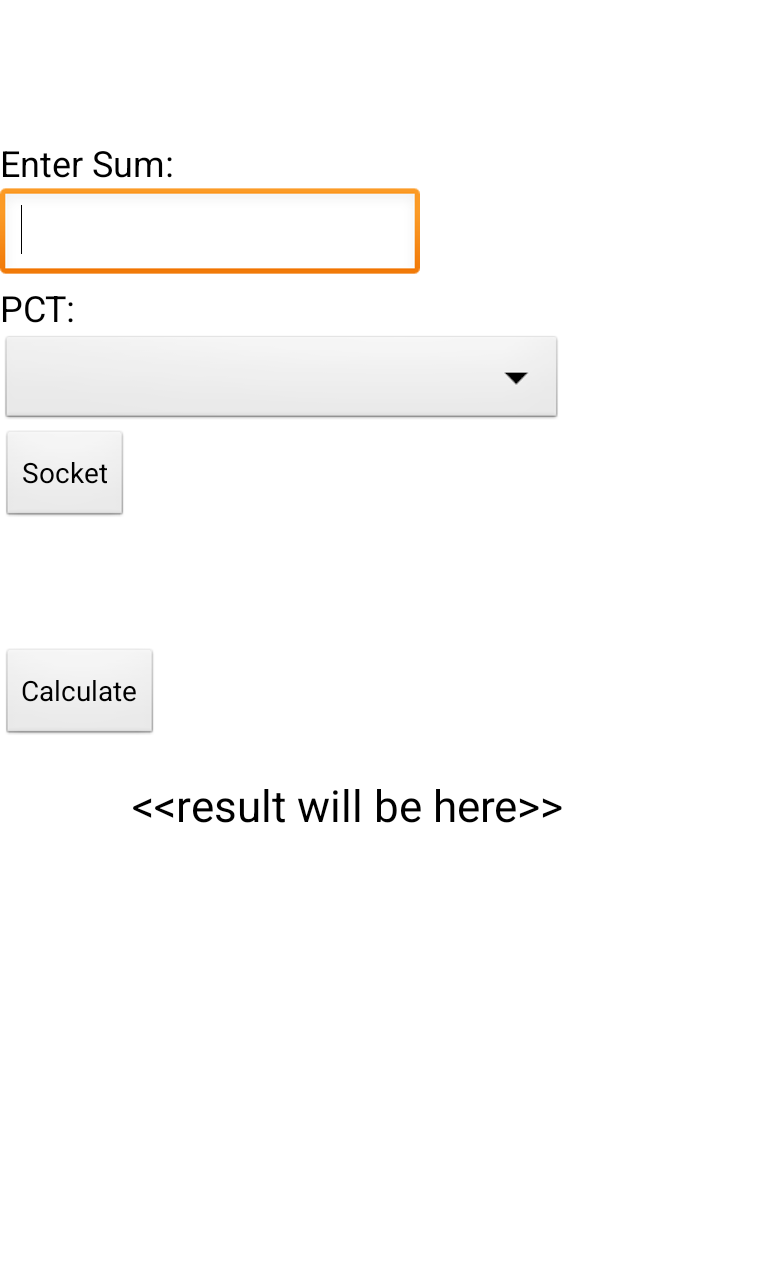
Repository: golan2/Android
Layout: Test2/izikTest/res/layout/activity_main.xml
The author's editor kept a copy of each file at every save. The layout is drawn from the files as they stood at one save, then again after the next save.
It is drawn on a 768 x 1280 px phone screen (xhdpi) without system bars, with theme AppTheme; the app's code is not run.

Above is the layout before, as saved 2015-03-11 19:49:49.

### Test2/izikTest/res/layout/activity_main.xml
<RelativeLayout xmlns:android="http://schemas.android.com/apk/res/android"
    xmlns:tools="http://schemas.android.com/tools"
    android:layout_width="match_parent"
    android:layout_height="match_parent"
    tools:context="${relativePackage}.${activityClass}" >

    <LinearLayout
        android:id="@+id/linearLayout1"
        android:layout_width="wrap_content"
        android:layout_height="wrap_content"
        android:layout_marginTop="69dp"
        android:orientation="vertical" >

        <TextView
            android:id="@+id/TextView01"
            android:layout_width="wrap_content"
            android:layout_height="wrap_content"
            android:text="@string/enter_sum"
            android:textAppearance="?android:attr/textAppearanceMedium" />

        <EditText
            android:id="@+id/txtEnterSum"
            android:layout_width="wrap_content"
            android:layout_height="wrap_content"
            android:ems="10" >

            <requestFocus />
        </EditText>

        <TextView
            android:id="@+id/textView1"
            android:layout_width="wrap_content"
            android:layout_height="wrap_content"
            android:text="@string/select_pct"
            android:textAppearance="?android:attr/textAppearanceMedium" />

        <Spinner
            android:id="@+id/spinPCT"
            android:layout_width="match_parent"
            android:layout_height="wrap_content" />

        <Button
            android:id="@+id/btnSocket"
            android:layout_width="wrap_content"
            android:layout_height="wrap_content"
            android:text="Socket" />

        <Button
            android:id="@+id/btnCalculate"
            android:layout_width="wrap_content"
            android:layout_height="wrap_content"
            android:layout_marginTop="61dp"
            android:text="Calculate" />

        <TextView
            android:id="@+id/txtResult"
            android:layout_width="wrap_content"
            android:layout_height="wrap_content"
            android:layout_marginLeft="66dp"
            android:layout_marginTop="16dp"
            android:text="&lt;&lt;result will be here>>"
            android:textAppearance="?android:attr/textAppearanceLarge" />

    </LinearLayout>

</RelativeLayout>

### Test2/izikTest/res/values/styles.xml
<resources>

    <!--
        Base application theme, dependent on API level. This theme is replaced
        by AppBaseTheme from res/values-vXX/styles.xml on newer devices.
    -->
    <style name="AppBaseTheme" parent="android:Theme.Light">
        <!--
            Theme customizations available in newer API levels can go in
            res/values-vXX/styles.xml, while customizations related to
            backward-compatibility can go here.
        -->
    </style>

    <!-- Application theme. -->
    <style name="AppTheme" parent="AppBaseTheme">
        <!-- All customizations that are NOT specific to a particular API-level can go here. -->
    </style>

</resources>

### Test2/izikTest/res/values/strings.xml
<?xml version="1.0" encoding="utf-8"?>
<resources>

    <string name="app_name">izikTest</string>
    <string name="hello_world">Enter amount</string>
    <string name="title_activity_izik">IzikActivity</string>
    <string name="action_settings">Settings</string>
    <string name="title_activity_activity2">Activity2</string>
    <string name="title_activity_my">MyActivity</string>
    <string name="enter_sum">Enter Sum:</string>
    <string name="select_pct">PCT:</string>


</resources>

Loaded but not shown: Test2/izikTest/res/values-v11/styles.xml (common file); Test2/izikTest/res/values-v14/styles.xml (common file)

After the next save:
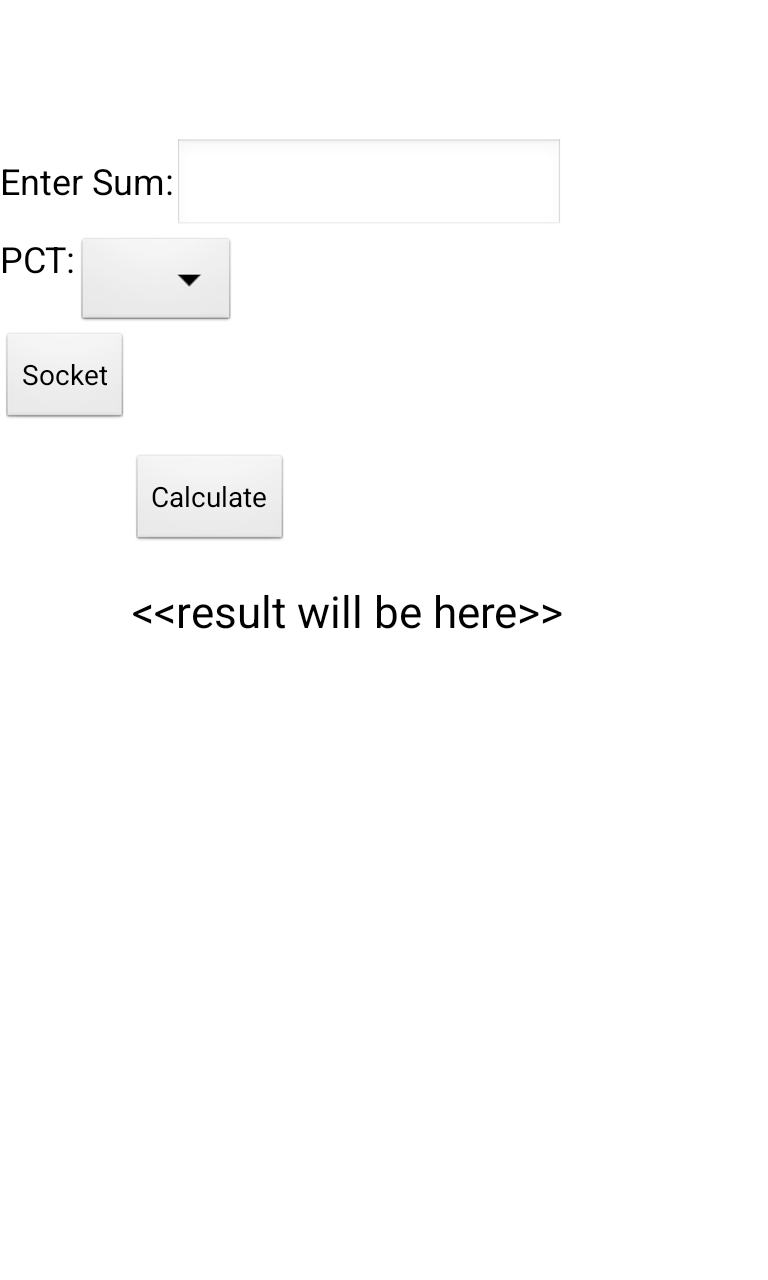
Saved 90 s later.
--- a/Test2/izikTest/res/layout/activity_main.xml
+++ b/Test2/izikTest/res/layout/activity_main.xml
@@ -11,46 +11,63 @@
         android:layout_marginTop="69dp"
         android:orientation="vertical" >
 
-        <TextView
-            android:id="@+id/TextView01"
+        <LinearLayout
+            android:layout_width="match_parent"
+            android:layout_height="wrap_content" >
+
+            <TextView
+                android:id="@+id/TextView01"
+                android:layout_width="wrap_content"
+                android:layout_height="wrap_content"
+                android:text="@string/enter_sum"
+                android:textAppearance="?android:attr/textAppearanceMedium" />
+
+            <EditText
+                android:id="@+id/txtEnterSum"
+                android:layout_width="wrap_content"
+                android:layout_height="wrap_content"
+                android:layout_weight="1"
+                android:ems="10" />
+
+        </LinearLayout>
+
+        <LinearLayout
             android:layout_width="wrap_content"
-            android:layout_height="wrap_content"
-            android:text="@string/enter_sum"
-            android:textAppearance="?android:attr/textAppearanceMedium" />
+            android:layout_height="wrap_content" >
 
-        <EditText
-            android:id="@+id/txtEnterSum"
-            android:layout_width="wrap_content"
-            android:layout_height="wrap_content"
-            android:ems="10" >
+            <TextView
+                android:id="@+id/textView1"
+                android:layout_width="wrap_content"
+                android:layout_height="wrap_content"
+                android:text="@string/select_pct"
+                android:textAppearance="?android:attr/textAppearanceMedium" />
 
-            <requestFocus />
-        </EditText>
+            <Spinner
+                android:id="@+id/spinPCT"
+                android:layout_width="match_parent"
+                android:layout_height="wrap_content"
+                android:layout_weight="1" />
 
-        <TextView
-            android:id="@+id/textView1"
-            android:layout_width="wrap_content"
-            android:layout_height="wrap_content"
-            android:text="@string/select_pct"
-            android:textAppearance="?android:attr/textAppearanceMedium" />
+        </LinearLayout>
 
-        <Spinner
-            android:id="@+id/spinPCT"
+        <LinearLayout
             android:layout_width="match_parent"
-            android:layout_height="wrap_content" />
+            android:layout_height="wrap_content" >
 
-        <Button
-            android:id="@+id/btnSocket"
-            android:layout_width="wrap_content"
-            android:layout_height="wrap_content"
-            android:text="Socket" />
+            <Button
+                android:id="@+id/btnSocket"
+                android:layout_width="wrap_content"
+                android:layout_height="wrap_content"
+                android:text="Socket" />
 
-        <Button
-            android:id="@+id/btnCalculate"
-            android:layout_width="wrap_content"
-            android:layout_height="wrap_content"
-            android:layout_marginTop="61dp"
-            android:text="Calculate" />
+            <Button
+                android:id="@+id/btnCalculate"
+                android:layout_width="wrap_content"
+                android:layout_height="wrap_content"
+                android:layout_marginTop="61dp"
+                android:text="Calculate" />
+
+        </LinearLayout>
 
         <TextView
             android:id="@+id/txtResult"
